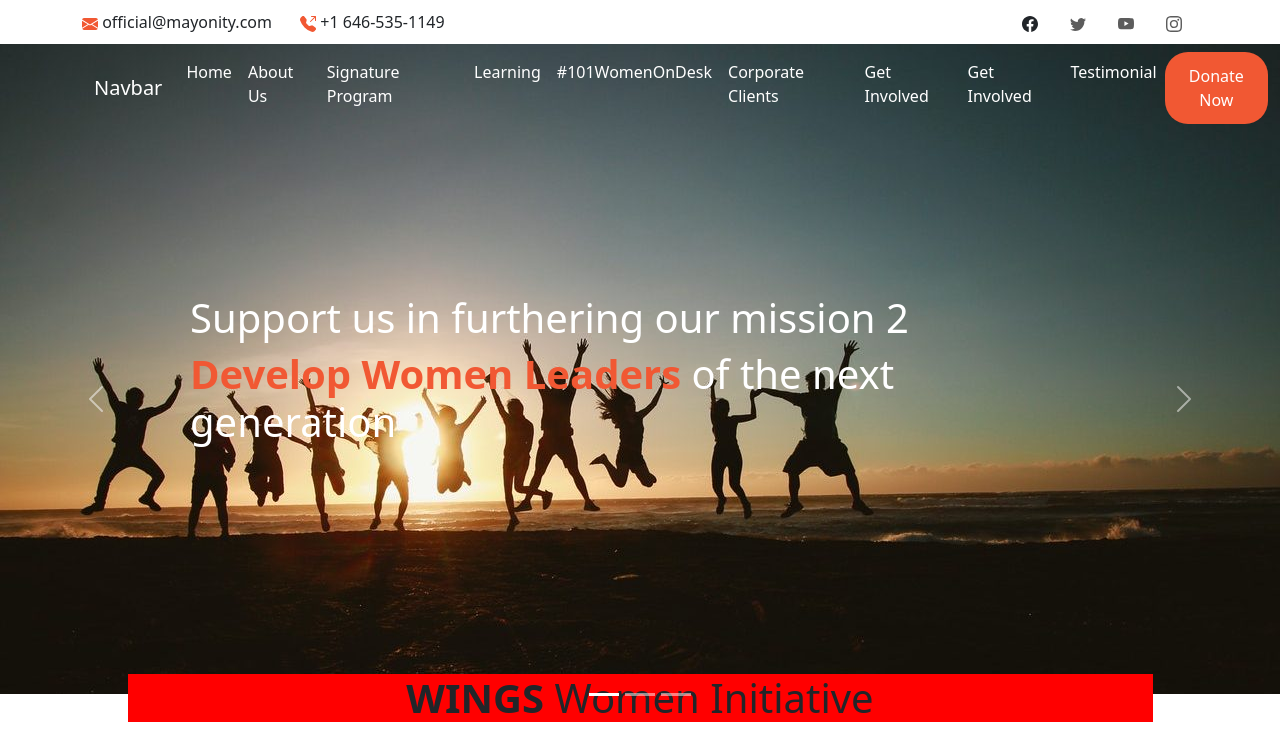
Repository: rizwan-zafar/wings
Page: /
The author's editor kept a copy of each file at every save. The page is drawn from the files as they stood at one save, then again after a run of saves.
The browser window is 1280 px wide. The pictures show the whole page.
The project was rebuilt for these pictures with package versions that can differ from the ones it lists, and the page was loaded fresh each time.

Above is the page before, as saved 2022-11-27 18:10:30.

After the next 3 saves:
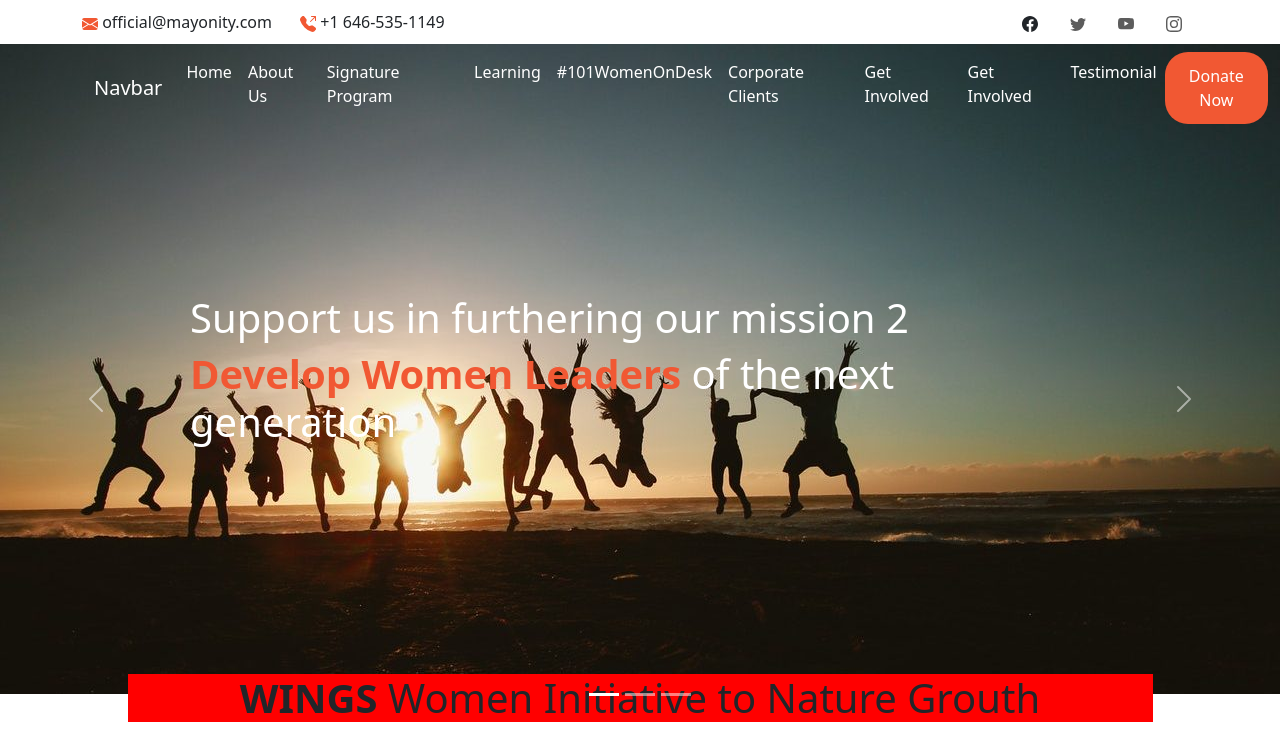
The 3 saves are shown as one change because they came seconds apart.
The last was saved 9 s later.
--- a/src/Components/Slider.js
+++ b/src/Components/Slider.js
@@ -48,7 +48,7 @@ export default function Slider() {
 
             <div className="container text-center slider-footer">
                 <div className="container">
-                    <h1><strong>WINGS</strong> Women Initiative </h1>
+                    <h1><strong>WINGS</strong> Women Initiative to Nature Grouth</h1>
                 </div>
             </div>
         </>
